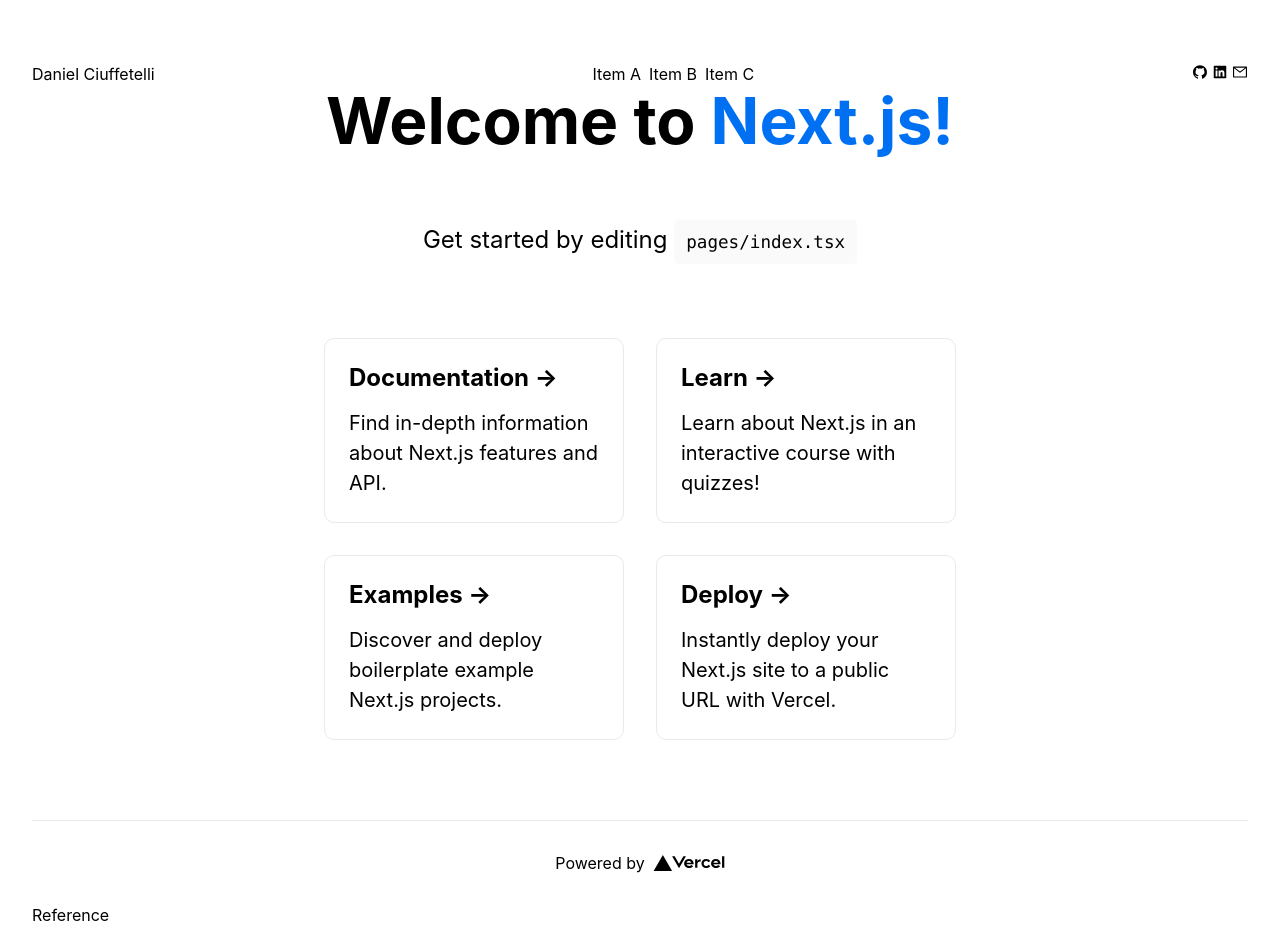
Repository: ciuffetelli/portfolio
Page: / (app in app/)
These files come from the project's save history. The page is drawn as it stood at one moment and after the next save; the edit follows.
The browser window is 1280 px wide. The pictures show the whole page.
The project was rebuilt for these pictures with package versions that can differ from the ones it lists, and the page was loaded fresh each time. The framework's server and built-in components were replaced by stand-ins that run in the browser. Also part of the build but not shown: app/next.config.js.

Above is the page before, as saved 2022-12-04 13:52:45.

After the next save:
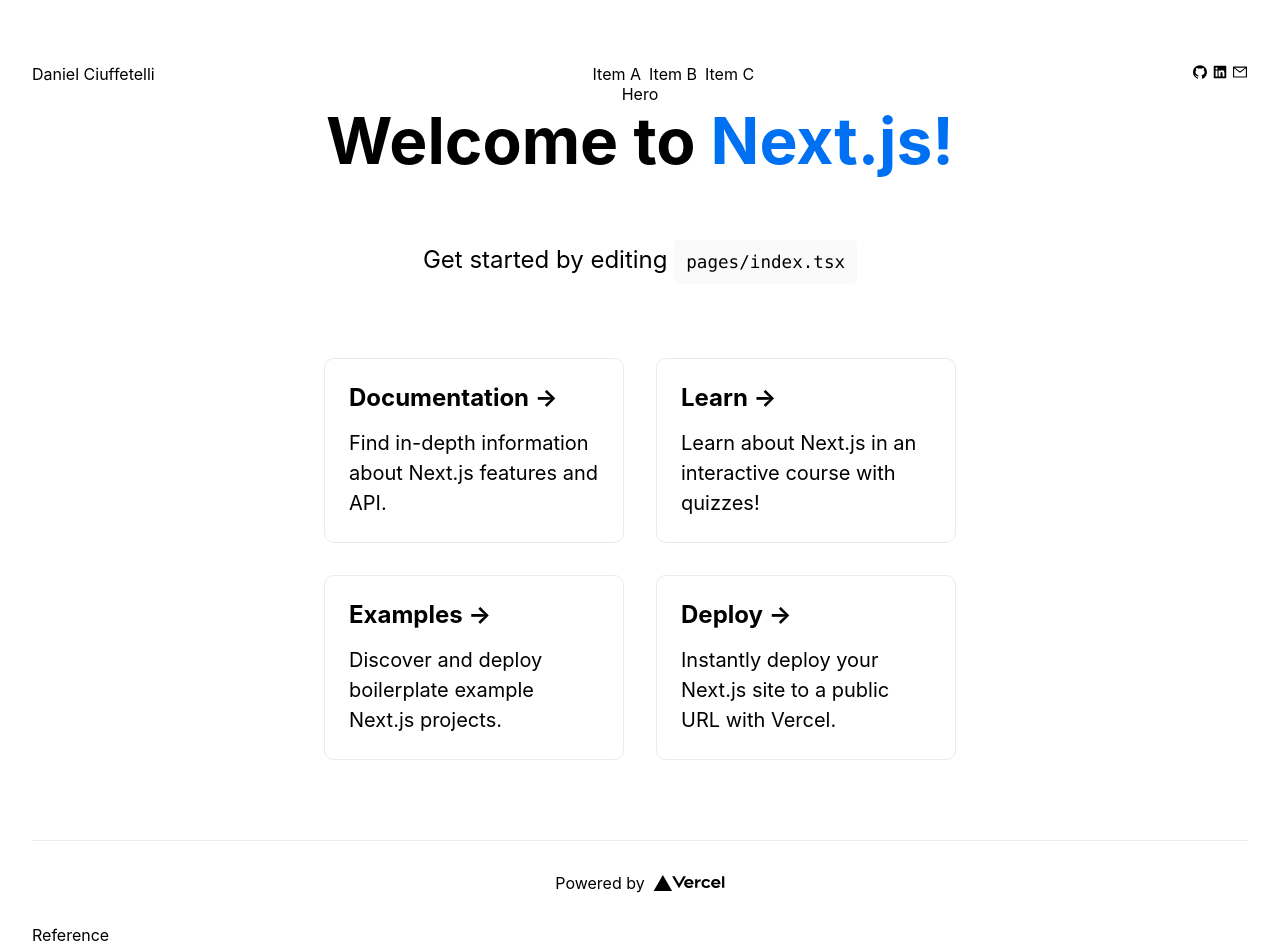
Saved 1 s later.
--- a/app/pages/index.tsx
+++ b/app/pages/index.tsx
@@ -3,6 +3,7 @@
 import styles from '../styles/Home.module.css'
 
 import { Nav } from '../Components/Nav'
+import { Hero } from '../Components/Hero'
 
 export default function Home() {
   return (
@@ -16,7 +17,7 @@
       <main className={styles.main}>
         <Nav />
 
-
+        <Hero />
         <h1 className={styles.title}>
           Welcome to <a href="https://nextjs.org">Next.js!</a>
         </h1>
